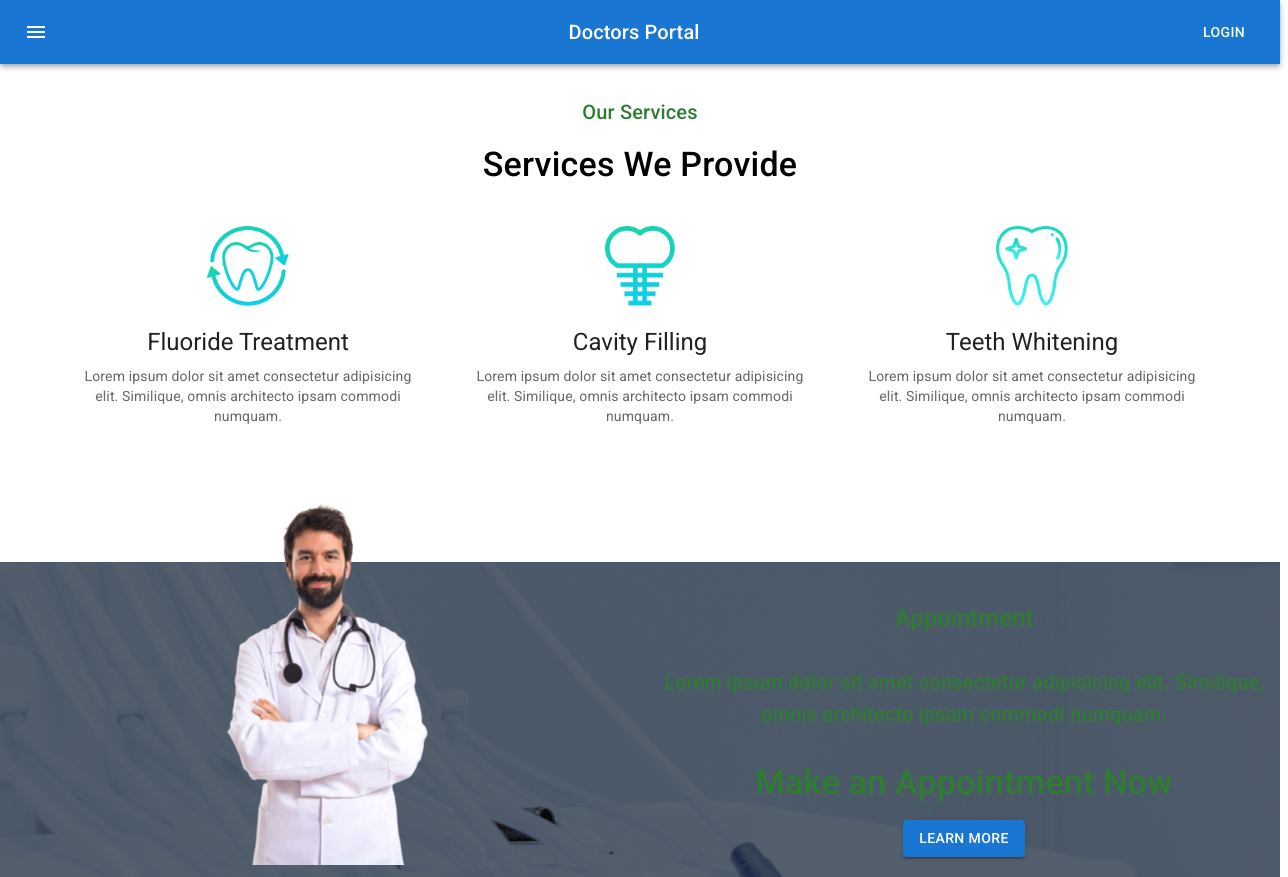
Repository: Sharif-00112/doctors-portal-client
Page: /
The author's editor kept a copy of each file at every save. The page is drawn from the files as they stood at one save, then again after the next save.
The browser window is 1280 px wide. The page is 1288 px wide, so the pictures cover 1288 px, including what lies to the right of the window. The pictures show the whole page.
The project was rebuilt for these pictures with package versions that can differ from the ones it lists, and the page was loaded fresh each time.

Above is the page before, as saved 2022-11-01 14:00:12.

After the next save:
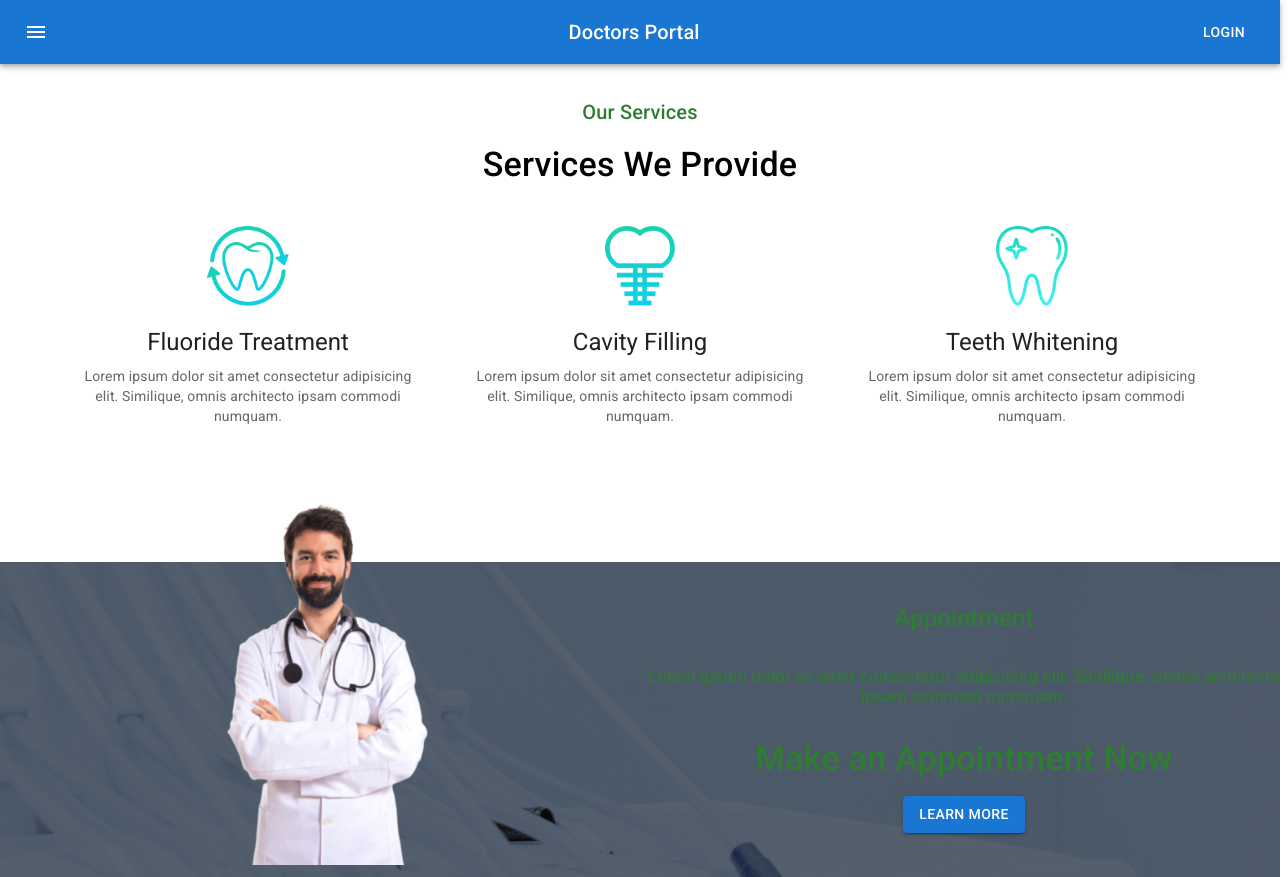
Saved 11 s later.
--- a/src/Pages/Home/AppointmentBanner/AppointmentBanner.js
+++ b/src/Pages/Home/AppointmentBanner/AppointmentBanner.js
@@ -30,7 +30,7 @@ const AppointmentBanner = () => {
                         <Typography sx={{ mb: 2, mt: 4, fontWeight: 500, color: 'success.main' }} variant="h5" component="div">
                             Appointment
                         </Typography>
-                        <Typography sx={{ mb: 2, mt: 4, fontWeight: 500, color: 'success.main' }} variant="h6" component="div">
+                        <Typography sx={{ mb: 2, mt: 4, fontWeight: 500, color: 'success.main' }} variant="" component="div">
                             Lorem ipsum dolor sit amet consectetur adipisicing elit. Similique, omnis architecto ipsam commodi numquam.
                         </Typography>
                         <Typography sx={{ mb: 2, mt: 4, fontWeight: 500, color: 'success.main' }} variant="h4" component="div">
